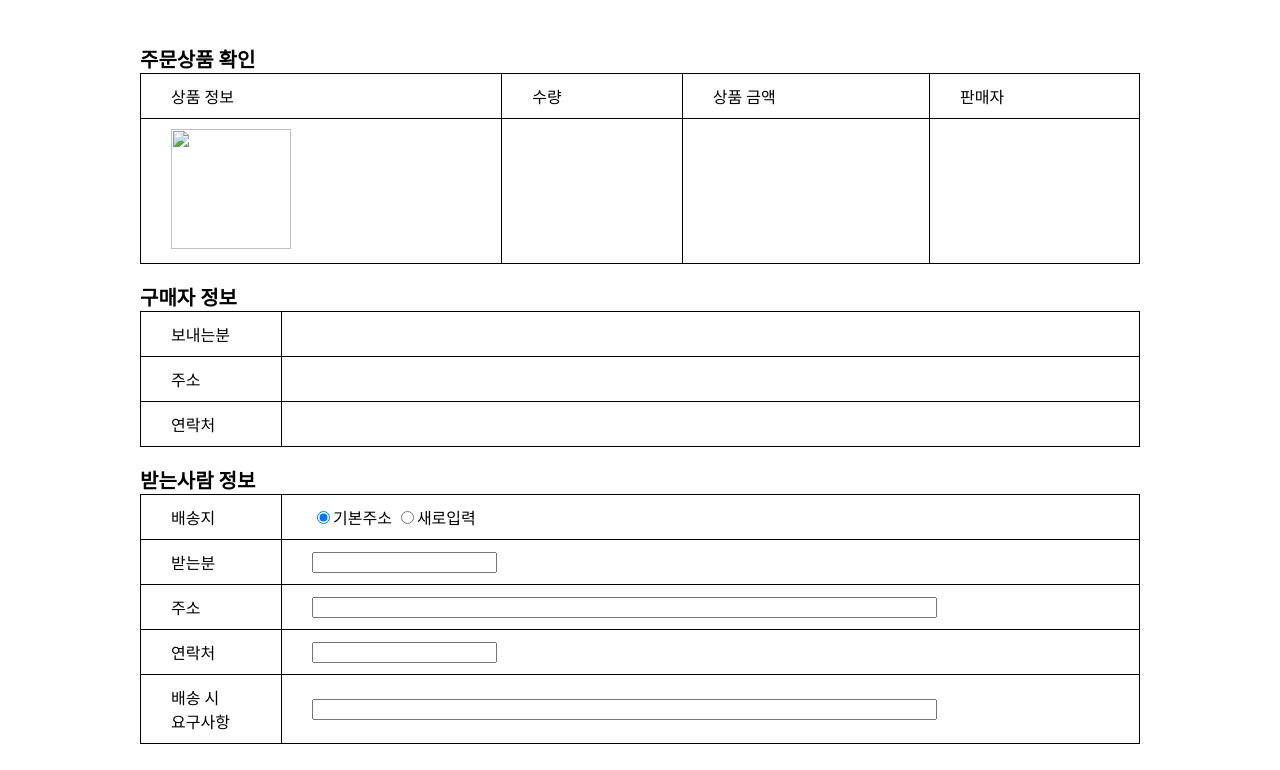
Repository: fellownew/project_workspace
Page: http://localhost/shoppingmall/WEB-INF/view/body/buyer/buyer_order_form.jsp
An editor plug-in stored every save of this project. The page is shown before and after the next save, followed by the edit.
The browser window is 1280 px wide. The pictures show the whole page.
The page is served by Tomcat 9. Nobody is signed in. The template is opened directly, without the code that normally fills it, so the values that code supplies are empty.

Above is the page before, as saved 2015-06-04 10:50:31.

After the next save:
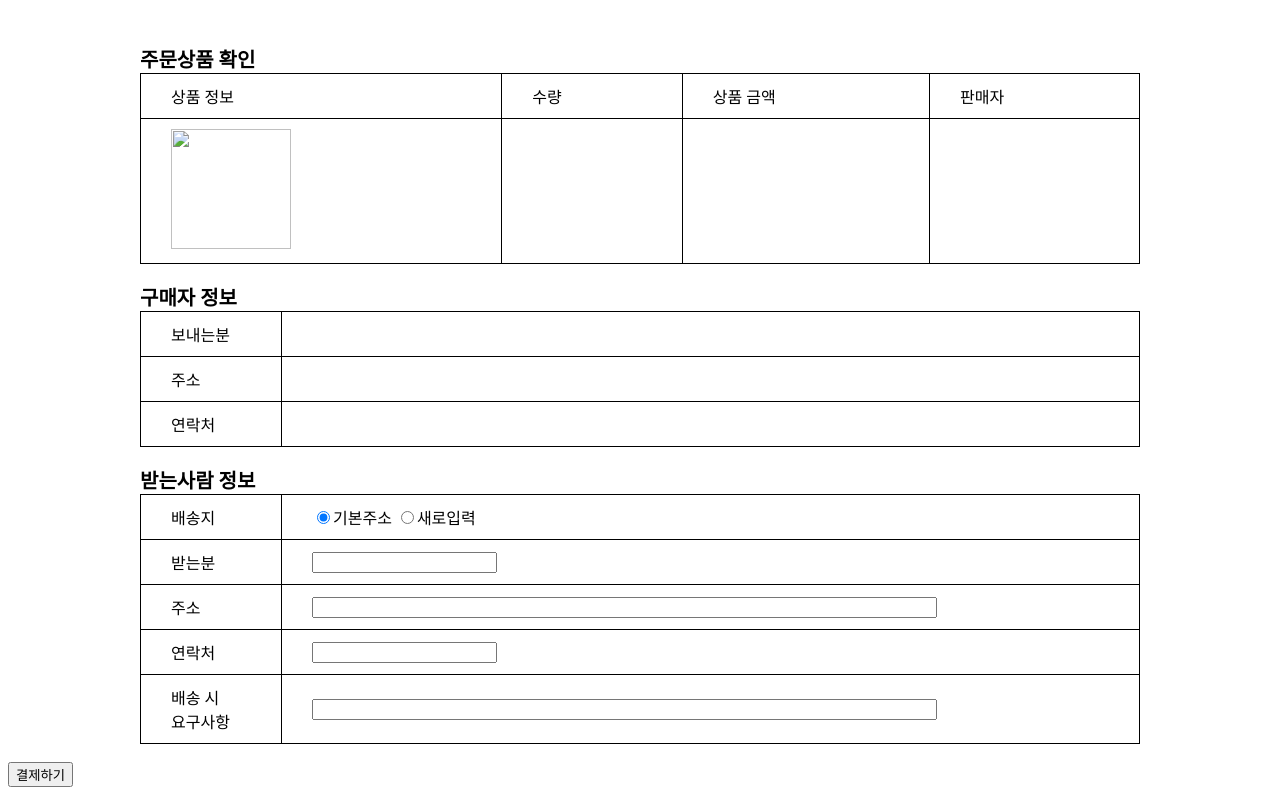
Saved 2 min 40 s later.
--- a/shoppingmall/WebContent/WEB-INF/view/body/buyer/buyer_order_form.jsp
+++ b/shoppingmall/WebContent/WEB-INF/view/body/buyer/buyer_order_form.jsp
@@ -123,8 +123,8 @@
 					</select> -->
 				</td>
 			</tr>
-
 		</thead>
 	</table><br>
+	<button>결제하기</button>
 </body>
 </html>
